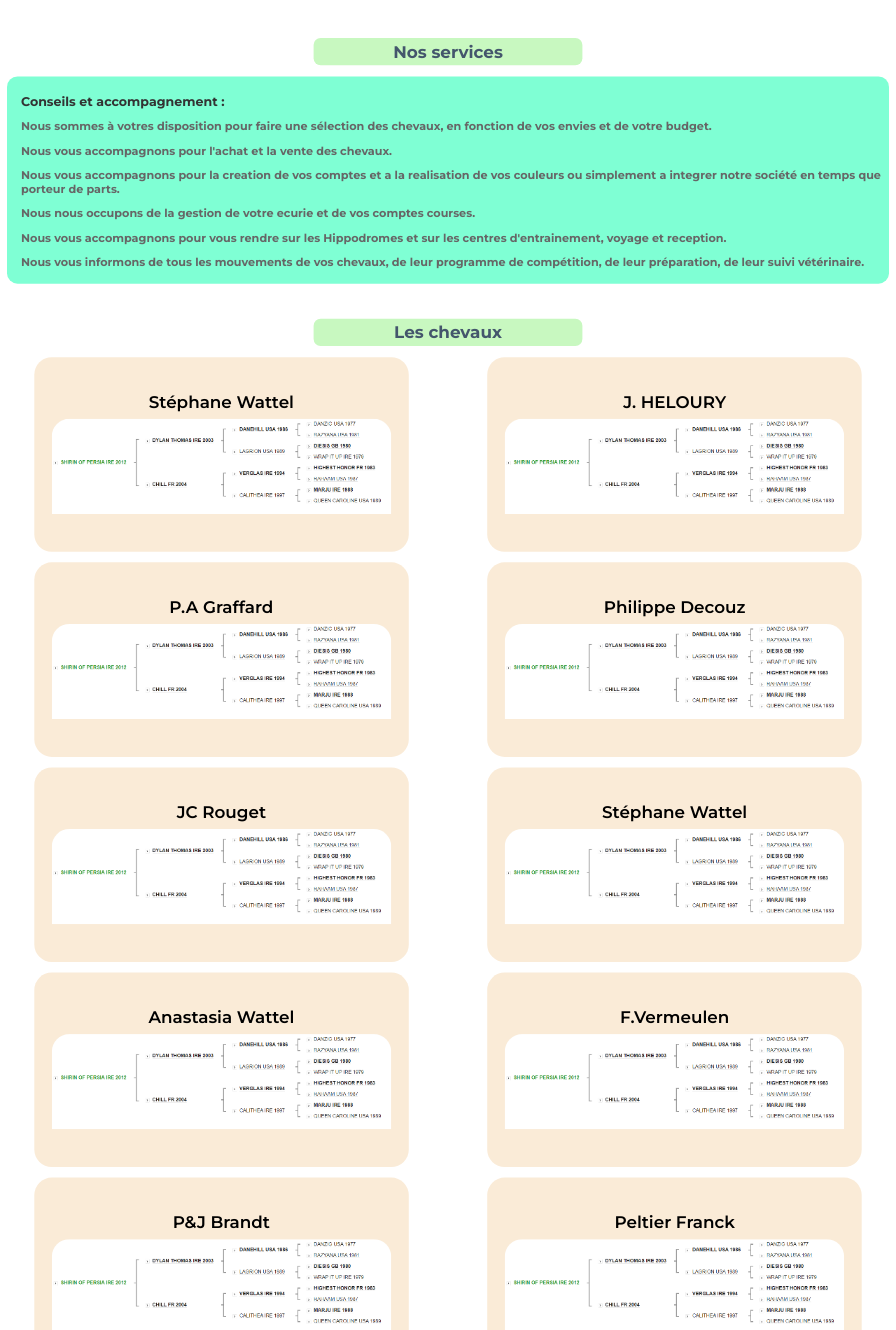
Repository: Vanitti/Site-web
Page: index.html
An editor plug-in stored every save of this project. The page is shown before and after the next save, followed by the edit.
The browser window is 1280 px wide. The pictures show the part of the page from y = 576 to 2476 px (the page is 4055 px tall), at 70% of full size.
Some web libraries are served in a nearby version.

Above is the page before, as saved 2023-06-24 15:13:59.
Not found: app.js

After the next save:
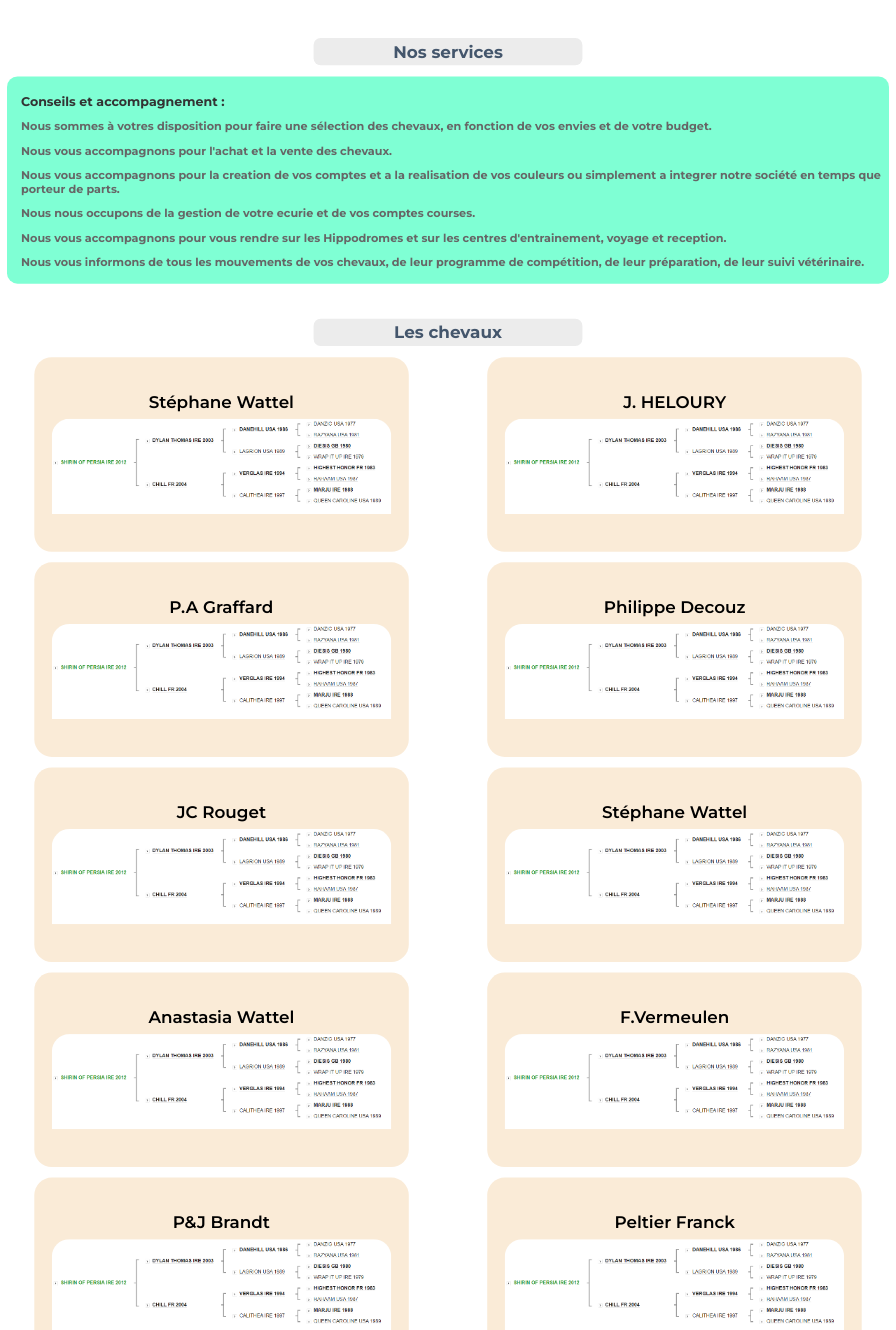
Saved 21 s later.
--- a/index.css
+++ b/index.css
@@ -32,7 +32,7 @@ header {
     font-weight: bold;
     color: #333;
     text-align: center;
-    background-color: #c8f8c0;
+    background-color: #ececec;
     color: #44566c;
     margin-left: 35%;
     margin-right: 35%;
